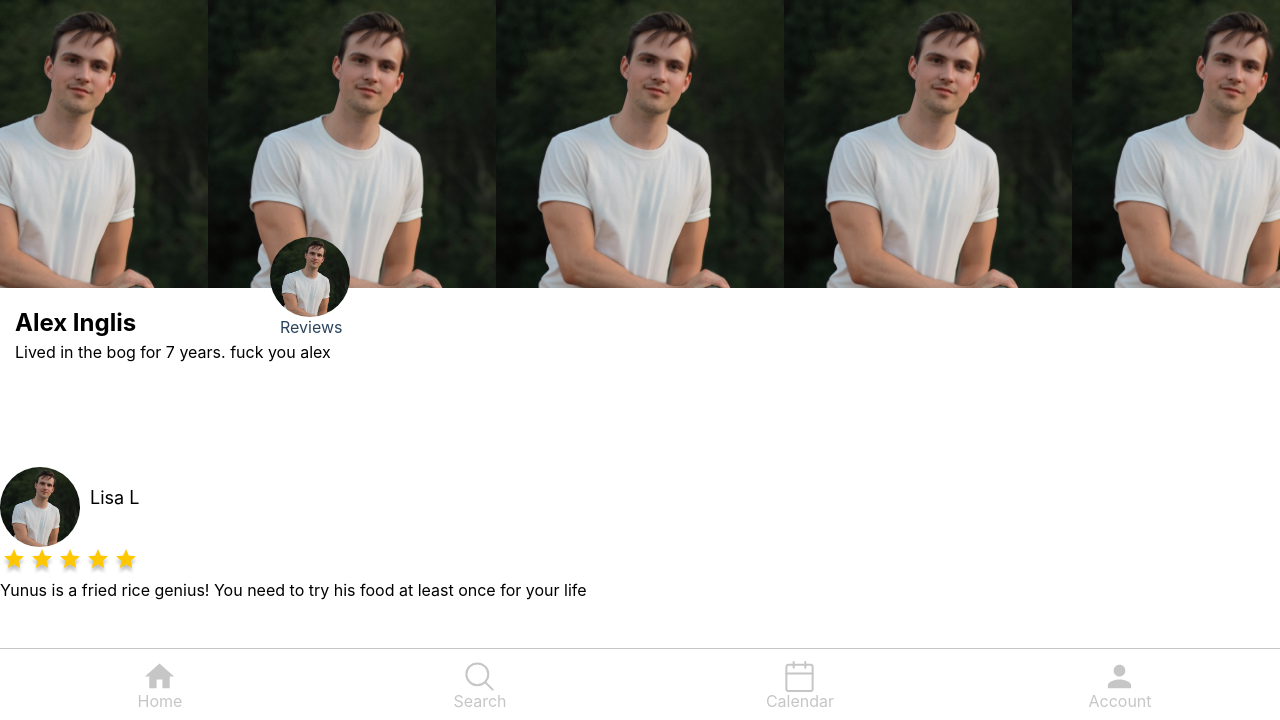
Repository: nguyenlejoe/HomeChef
Page: / (app in app/)
The author's editor kept a copy of each file at every save. The page is drawn from the files as they stood at one save, then again after the next save.
The browser window is 1280 px wide. The pictures show the whole page.
The project was rebuilt for these pictures with package versions that can differ from the ones it lists, and the page was loaded fresh each time. Also part of the build but not shown: app/src/comps/MainButton/index.js, app/src/comps/ActivityPost/index.js.

Above is the page before, as saved 2020-11-07 12:37:39.

### app/src/App.js
import React from 'react';
//import logo from './logo.svg';
//import './App.css';
import Pages from './pages/ChefReview';

function App() {
  return (
    <Pages />
  );
}

export default App;

### app/src/pages/ChefReview.js
import React from 'react';
import './ChefReview.scss'
import NavBarGourmet from '../comps/NavBarGourmet';
import Avatar from '../comps/Avatar';
import RatingContainer from '../comps/ActivityPost';


export default function Home() {
  return<div className="app">
        <div className="CoverImage"></div>
        <div className="ChefDesc">
            <h2>Alex Inglis</h2>
            <p>Lived in the bog for 7 years. fuck you alex</p>
        </div>
        <div className="AvatarBox">
                <Avatar></Avatar>
                <a>Reviews</a>
        </div>
        <div className="ReviewList">
            <div className="ReviewCont">
                <div className="ReviewProfile"><div className="ProfileAvatar"><Avatar></Avatar></div><a>Lisa L</a></div>
                <div className="rating">
                    <div className="stars"><img src='/star.png' /></div>
                    <div className="stars"><img src='/star.png' /></div>
                    <div className="stars"><img src='/star.png' /></div>
                    <div className="stars"><img src='/star.png' /></div>
                    <div className="stars"><img src='/star.png' /></div>
                </div>
                <div>Yunus is a fried rice genius! You need to try his food at least once for your life</div>
            </div>

        </div>

        <div className="Nav">
          <NavBarGourmet
          bgimg = "/Search.png"
          title = "Search"
          btnState = {true}
          orderActive = {true}
          ></NavBarGourmet>
        </div>


    </div>

}

### app/src/pages/ChefReview.scss
.app{
    width: 100vw;
    height:100vh;
    overflow-x: hidden;
}

.CoverImage{
    height: 40%;
    background-image: url("/alex.jpg");
    background-position: center;
    background-size: contain;
}

.ChefDesc{
    height:20%;
    width: 65%;
    margin: 15px;
    p{
        margin-top: -15px;
    }
}


.AvatarBox{
    height:0px;
    position: relative;
    z-index: 1;
    top: -230px;
    left: 270px;
    a{
        margin-left:10px;
        color: #2B445E;
    }
}


.ReviewProfile{
    display: flex;

    a{
        margin: 20px 0 0 10px;
        font-size: 18px;
    }
}

.ProfileAvatar{

}


.rating{
    display: flex;
}



.Nav{
    height: 10%;
    width: 100%;
    position: fixed;
    bottom: 0;
}

### app/src/comps/NavBarGourmet/index.js
import React, {useState} from 'react';
import styled, {css} from 'styled-components';
import Button from '../MainButton';

const NavContainer = styled.div`
display:flex;
height:100%;
width:100%;
background-color:#FFFFFF;
`;

const NavBox = styled.div`
justify-content:space-around;
display:flex;
align-items:center;
position:relative;
width:100%;
height:100%;
border-top: 1px solid #C6C6C6;


`;

const NavButton = styled.div`
    display:flex;
    align-items:center;
    flex-direction:column;
    margin:2px;
    width:15%;
    height:80%;
    text-align:center;

`;

const NavIcon = styled.div`
    margin-top:3px;
    margin-right:2px;
    width:55%;
    height:55%;
    background-size:contain;
    background-repeat: no-repeat;


`;

const NavLabel = styled.div`
    height:20px;
    width:100%;
    color:${props => props.ButtonActive};

`;






const NavBar = ({active, onClickHome, onClickSearch, onClickCalendar, onClickAccount}) => {

const [ButtonActiveVal,SetActive] = useState(active);

    return <NavContainer>
        <NavBox>

            <NavButton onClick={onClickHome}
            ButtonActive = {ButtonActiveVal === 1 ? "#24B574" : "#C6C6C6"}
            >
            <NavIcon>
                <svg width="35" height="35" viewBox="0 0 35 35" fill="none" xmlns="http://www.w3.org/2000/svg">
                    <path d="M14.5834 29.1667V20.4167H20.4167V29.1667H27.7084V17.5H32.0834L17.5001 4.375L2.91675 17.5H7.29175V29.1667H14.5834Z" fill={ButtonActiveVal === 1 ? "#24B574" : "#C6C6C6"}/>
                </svg>
            </NavIcon>
                <NavLabel ButtonActive={ButtonActiveVal === 1 ? "#24B574" : "#C6C6C6"}>Home</NavLabel>
            </NavButton>

            <NavButton
            onClick={onClickSearch}
            // onClick={()=>{
            //     SetActive(active);
            // }}
            ButtonActive = {ButtonActiveVal === 2 ? "#24B574" : "#C6C6C6"}
            >
                <NavIcon>
                    <svg width="35" height="35" viewBox="0 0 35 35" fill="none" xmlns="http://www.w3.org/2000/svg">
                        <path fill-rule="evenodd" clip-rule="evenodd" d="M15.3125 26.25C21.3531 26.25 26.25 21.3531 26.25 15.3125C26.25 9.27189 21.3531 4.375 15.3125 4.375C9.27189 4.375 4.375 9.27189 4.375 15.3125C4.375 21.3531 9.27189 26.25 15.3125 26.25Z" stroke={ButtonActiveVal === 2 ? "#24B574" : "#C6C6C6"} stroke-width="2" stroke-linecap="round" stroke-linejoin="round"/>
                        <path d="M30.625 30.625L23.0416 23.0417" stroke={ButtonActiveVal === 2 ? "#24B574" : "#C6C6C6"}stroke-width="2" stroke-linecap="round" stroke-linejoin="round"/>
                    </svg>
                </NavIcon>
                <NavLabel ButtonActive={ButtonActiveVal === 2 ? "#24B574" : "#C6C6C6"} >Search</NavLabel>
            </NavButton>

            <NavButton
            onClick={onClickCalendar}
            // onClick={()=>{
            //     SetActive(active);
            // }}
            ButtonActive = {ButtonActiveVal === 3 ? "#24B574" : "#C6C6C6"}
            >
                <NavIcon>
                    <svg width="35" height="35" viewBox="0 0 35 35" fill="none" xmlns="http://www.w3.org/2000/svg">
                        <path fill-rule="evenodd" clip-rule="evenodd" d="M4.375 7.83325C4.375 6.72868 5.27043 5.83325 6.375 5.83325H28.625C29.7296 5.83325 30.625 6.72868 30.625 7.83325V30.0833C30.625 31.1878 29.7296 32.0833 28.625 32.0833H6.375C5.27043 32.0833 4.375 31.1878 4.375 30.0833V7.83325Z" stroke={ButtonActiveVal === 3 ? "#24B574" : "#C6C6C6"} stroke-width="2" stroke-linecap="round" stroke-linejoin="round"/>
                        <path d="M23.3333 2.91675V8.75008" stroke={ButtonActiveVal === 3 ? "#24B574" : "#C6C6C6"} stroke-width="2" stroke-linecap="round" stroke-linejoin="round"/>
                        <path d="M11.6667 2.91675V8.75008" stroke={ButtonActiveVal === 3 ? "#24B574" : "#C6C6C6"} stroke-width="2" stroke-linecap="round" stroke-linejoin="round"/>
                        <path d="M4.375 14.5833H30.625" stroke={ButtonActiveVal === 3 ? "#24B574" : "#C6C6C6"} stroke-width="2" stroke-linecap="round" stroke-linejoin="round"/>
                    </svg>
                </NavIcon>
                <NavLabel ButtonActive={ButtonActiveVal === 3 ? "#24B574" : "#C6C6C6"}>Calendar</NavLabel>
            </NavButton>


            <NavButton
            onClick={onClickAccount}
            // onClick={()=>{
            //     SetActive(active);
            // }}
            ButtonActive = {ButtonActiveVal === 4 ? "#24B574" : "#C6C6C6"}
            >
                <NavIcon>
                    <svg width="35" height="35" viewBox="0 0 35 35" fill="none" xmlns="http://www.w3.org/2000/svg">
                        <path d="M17.4999 17.4999C20.7228 17.4999 23.3332 14.8895 23.3332 11.6666C23.3332 8.44367 20.7228 5.83325 17.4999 5.83325C14.277 5.83325 11.6666 8.44367 11.6666 11.6666C11.6666 14.8895 14.277 17.4999 17.4999 17.4999ZM17.4999 20.4166C13.6062 20.4166 5.83325 22.3708 5.83325 26.2499V29.1666H29.1666V26.2499C29.1666 22.3708 21.3937 20.4166 17.4999 20.4166Z" fill={ButtonActiveVal === 4 ? "#24B574" : "#C6C6C6"}/>
                    </svg>
                </NavIcon>
                <NavLabel ButtonActive={ButtonActiveVal === 4 ? "#24B574" : "#C6C6C6"}>Account</NavLabel>
            </NavButton>
        </NavBox>
    </NavContainer>

}

NavBar.defaultProps = {
    title: "label",
    bgimg: "/Home.png",
    orderNum: "0",
    ButtonActive:"black"

}

export default NavBar;

### app/src/comps/Avatar/index.js
import React from 'react';
import styled from 'styled-components';

const AvatarContainer = styled.div`
width:80px;
height:80px;
`;

const AvatarImg = styled.div`
min-width:100%;
min-height:100%;
background-image:url(${props=>props.bgimg ? props.bgimg : "none"});
background-size:cover;
border-radius:100px;

`;

const Avatar = ({bgimg}) =>{
    return <AvatarContainer>
        <AvatarImg bgimg={bgimg}></AvatarImg>
    </AvatarContainer>
}

Avatar.defaultProps = {
    bgimg : "./alex.jpg"
}

export default Avatar;

Loaded but not shown: app/public/index.html (common file); app/src/index.js (common file); app/src/index.css (common file); app/src/serviceWorker.js (common file)

After the next save:
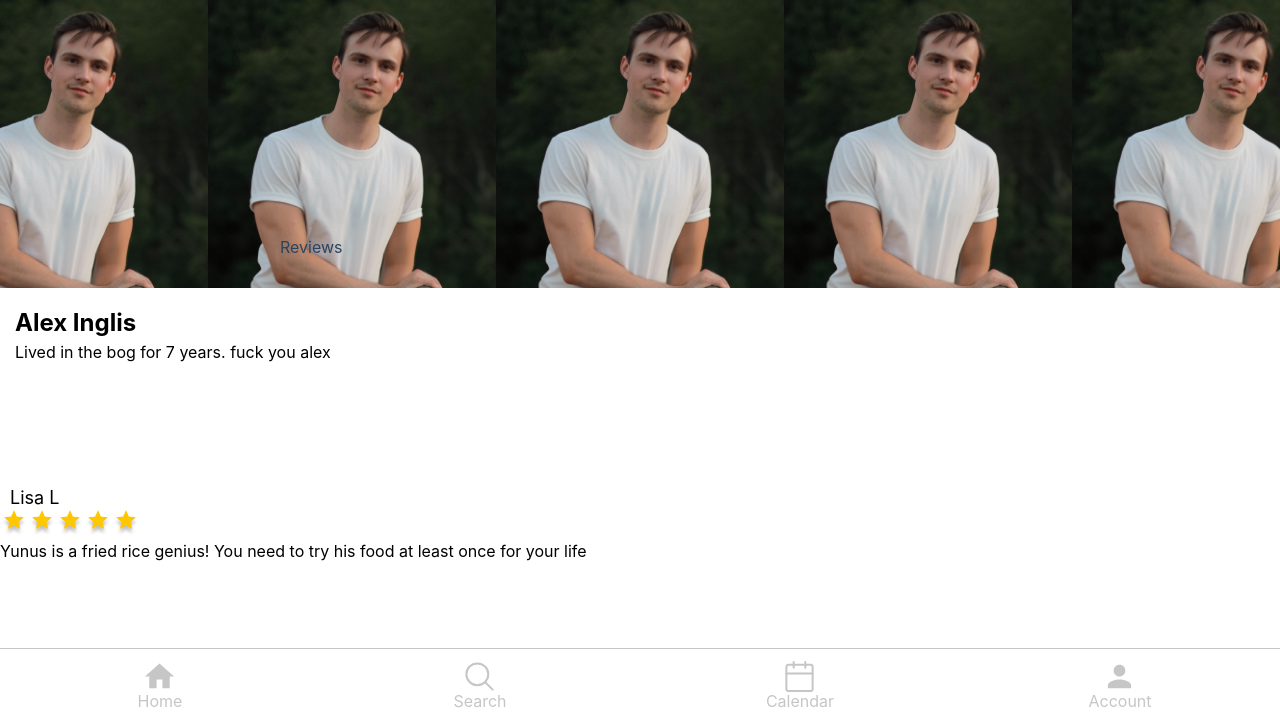
Saved 43 min 31 s later.
--- a/app/src/comps/Avatar/index.js
+++ b/app/src/comps/Avatar/index.js
@@ -2,8 +2,8 @@ import React from 'react';
 import styled from 'styled-components';
 
 const AvatarContainer = styled.div`
-width:80px;
-height:80px;
+width:${props=>props.avwidth ? props.avwidth : "0"};
+height:${props=>props.avheight ? props.avheight : "0"};
 `;
 
 const AvatarImg = styled.div`
@@ -15,14 +15,16 @@ border-radius:100px;
 
 `;
 
-const Avatar = ({bgimg}) =>{
+const Avatar = ({bgimg, avwidth, avheight}) =>{
     return <AvatarContainer>
-        <AvatarImg bgimg={bgimg}></AvatarImg>
+        <AvatarImg bgimg={bgimg} avwidth={avwidth} avheight={avheight} ></AvatarImg>
     </AvatarContainer>
 }
 
 Avatar.defaultProps = {
-    bgimg : "./alex.jpg"
+    bgimg : "./alex.jpg",
+    avwidth : "60px",
+    avheight : "60px"
 }
 
 export default Avatar;
